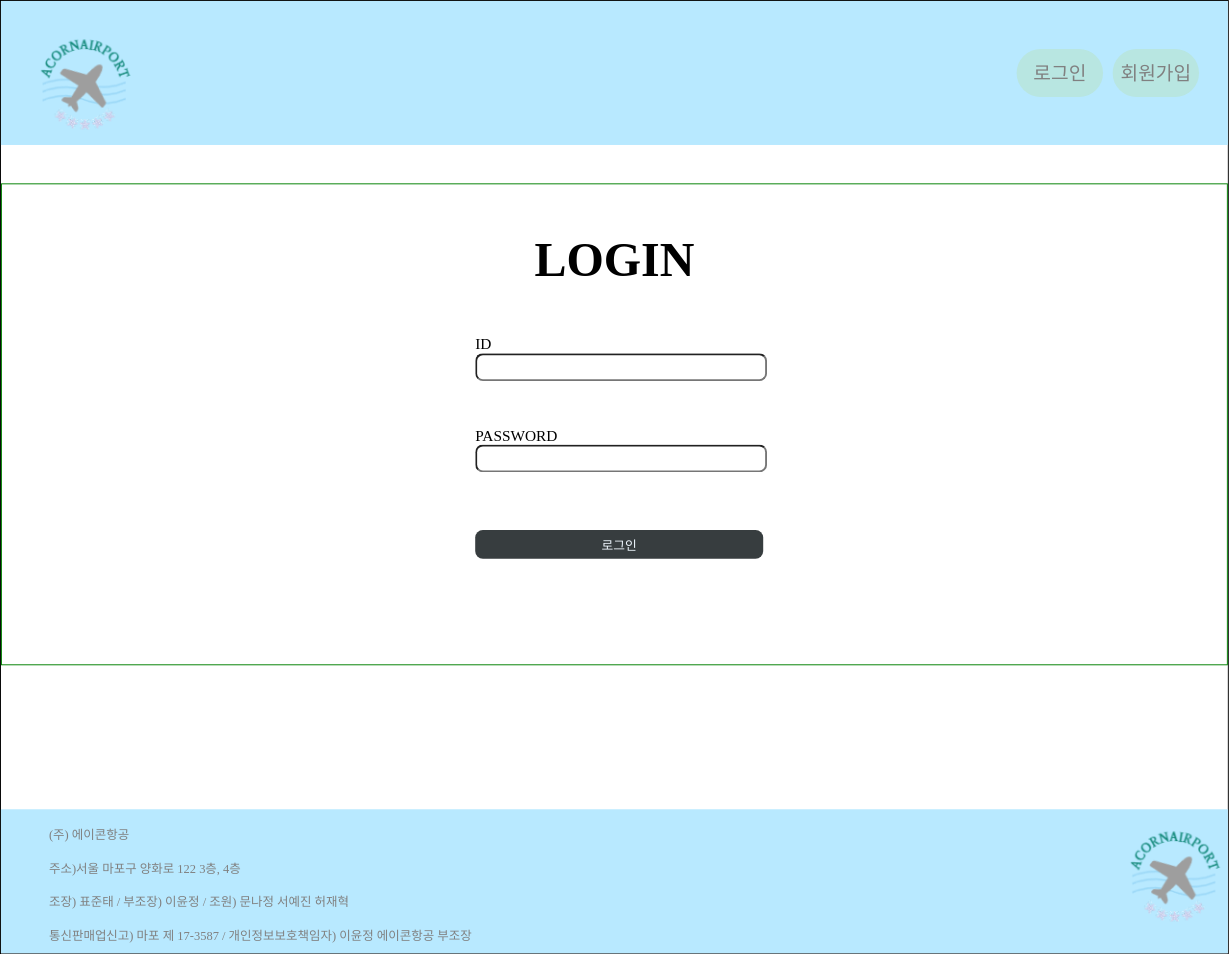
Repository: juntae710/Acorn_AirlineReservation_Project
Page: http://localhost/prj3_1/WEB-INF/views/h_login.jsp
An editor plug-in stored every save of this project. The page is shown before and after the next save, followed by the edit.
The browser window is 1280 px wide. The pictures show the whole page, at 96% of full size.
The page is served by Tomcat 9. Nobody is signed in. Other server files are loaded and not shown. The template is opened directly, without the code that normally fills it, so the values that code supplies are empty.

Above is the page before, as saved 2023-09-20 03:30:15.

### Eclipse/prj3_1/src/main/webapp/WEB-INF/views/h_login.jsp
<%@ page language="java" contentType="text/html; charset=UTF-8"
	pageEncoding="UTF-8"%>
<!DOCTYPE html>
<html>
<link href="./css/HF.css" rel="stylesheet" type="text/css">
</head>
<link href="./css/Login.css" rel="stylesheet" type="text/css">
</head>

</head>

<body>

	<main>
		<header>
			<div class="headerimg">
				<img alt="이미지"
					src="<%=request.getContextPath()%>/img/acornairport.png">
			</div>

			<%
			String id = (String) session.getAttribute("id");
			%>

			<div class="headerAtag">
				<%
				if (id == null) {
				%>
				<div class="a_box">
					<a href="<%=request.getContextPath()%>/h_login">로그인</a>
				</div>
				<%

				%>
				<div class="a_box">
					<a href="<%=request.getContextPath()%>/l_join">회원가입</a>
				</div>
				<%
				} else {
				%>
				<p>
					아이디:
					<%=id%>님
				</p>
				<div class="a_box">
					<a href="<%=request.getContextPath()%>/h_logOut">로그아웃</a>
				</div>
				<div class="a_box">
					<a href="<%=request.getContextPath()%>/smain">마이페이지</a>
				</div>

				<%
				}
				%>
			</div>

		</header>

		<section>
			<div class="loginBox">
				<div class="loginHead">LOGIN</div>

				<form action="<%=request.getContextPath()%>/h_login" method="post">
					<div class="inputBox">
						<div class="inputName">
							ID <br> <input type="text" name="id">
						</div>
						<br>
						<div class="inputName">
							PASSWORD <br> <input type="password" name="pw"> <br>
						</div>
						<div class="inputName">
							<button>로그인</button>
						</div>
				</form>
			</div>



			<%
			String failMessage = (String) request.getAttribute("failMessage");
			%>
			<%
			if (failMessage != null) {
			%>
			<script>
            alert("<%=failMessage%>
				");
			</script>
			<%
			}
			%>
		</section>



		<footer>
			<div class="footer_info">
				<br>(주) 에이콘항공 <br> <br> 주소)서울 마포구 양화로 122 3층, 4층 <br>
				<br> 조장) 표준태 / 부조장) 이윤정 / 조원) 문나정 서예진 허재혁 <br> <br>
				통신판매업신고) 마포 제 17-3587 / 개인정보보호책임자) 이윤정 에이콘항공 부조장
			</div>
			<div class="footer_img">
				<img alt="이미지"
					src="<%=request.getContextPath()%>/img/acornairport.png">
			</div>
		</footer>
	</main>


</body>
</html>

### Eclipse/prj3_1/src/main/webapp/css/HF.css
@charset "UTF-8";

* {
	margin: 0;
}

main {
	border: 1px solid black;
}

header {
	background-color: #B8E9FF;
	height: 150px;
	display: flex;
	position: relative;
}

.headerimg {
	width: 200px;
	height: 70px;
	position: absolute;
	left: 30px;
	top: 30px;
}

.headerAtag {
	display: flex;
	width: 200px;
	height: 50px;
	position: absolute;
	right: 30px;
	top: 30px;
	text-align: center;
}

section {
	border: 1px solid green;
	height: 500px;
	margin-top: 40px;
}

footer {
	height: 150px;
	margin-top: 150px;
	margin-bottom: 0px;
	display: flex;
	background-color: #B8E9FF ;
}
a{
	color: gray;
	text-decoration: none;
	}


.a_box{
		margin-top: 20px;
		border-radius: 40px;
		background-color: #B8E6E1;
		width: 100px;
		height: 50px;
		line-height: 50px;
		margin-left: 10px;
		font-size: 20px;
		}

.footer_info {
	margin-left: 50px;
	width: 1000px;
	font-size: 13px;
	color: gray;
}

.footer_img {
	width: 200px;
	height: 100px;
	margin-left: 600px;
	margin-top: 13px;
}

### Eclipse/prj3_1/src/main/webapp/css/Login.css
@charset "UTF-8";

* {
	margin: 0;
	padding: 0;
}

.loginBox {
	width: 500px;
	height: 400px;
	margin: 0 auto;
	margin-top: 50px;
	border-radius: 30px
}

form {
	width: 300px;
	margin: 0 auto;
	margin-top: 30px;
}

.loginHead {
	font-size: 50px;
	font-weight: bolder;
	text-align: center;
	border-radius: 30px
}

.inputBox {
	margin-top: 50px;
}

.inputName {
	margin-left: 5px;
	margin-top: 30px;
}

input {
	height: 25px;
	width: 300px;
	border-radius: 8px;
}

button {
	width: 300px;
	height: 30px;
	background-color: rgb(55, 61, 63);
	margin-top: 30px;
	color: aliceblue;
	border-radius: 8px;
	border: none;
}

button:active {
	background-color: rgb(152, 153, 153);
}

After the next save:
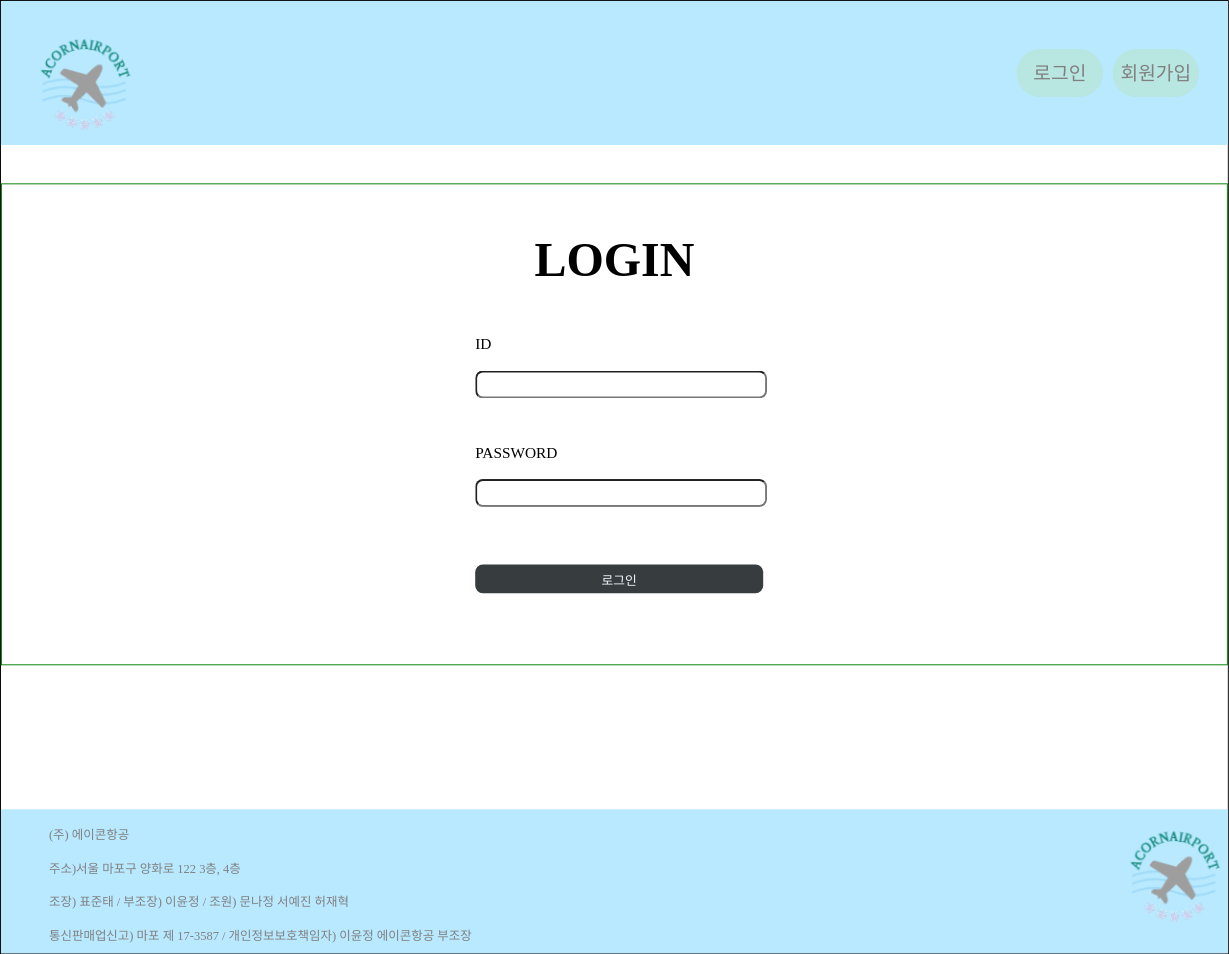
Saved 31 s later.
--- a/Eclipse/prj3_1/src/main/webapp/WEB-INF/views/h_login.jsp
+++ b/Eclipse/prj3_1/src/main/webapp/WEB-INF/views/h_login.jsp
@@ -63,11 +63,11 @@
 				<form action="<%=request.getContextPath()%>/h_login" method="post">
 					<div class="inputBox">
 						<div class="inputName">
-							ID <br> <input type="text" name="id">
+							ID <br><br> <input type="text" name="id">
 						</div>
 						<br>
 						<div class="inputName">
-							PASSWORD <br> <input type="password" name="pw"> <br>
+							PASSWORD <br><br> <input type="password" name="pw"> <br>
 						</div>
 						<div class="inputName">
 							<button>로그인</button>
